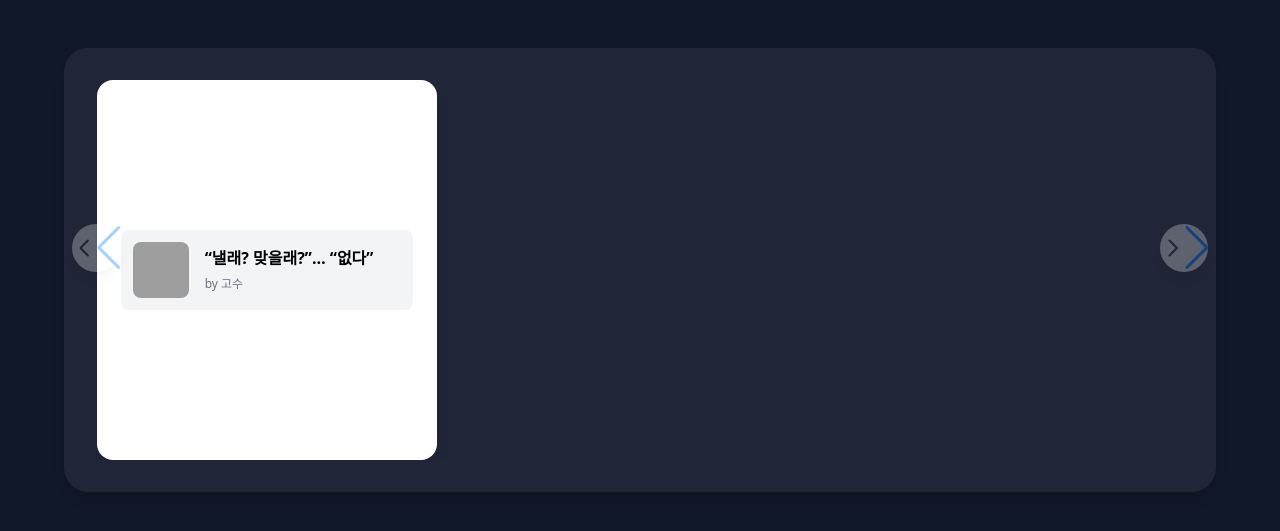
Repository: hyerim1234/travelblog
Page: html/slide2.html
An editor plug-in stored every save of this project. The page is shown before and after the next save, followed by the edit.
The browser window is 1280 px wide. The pictures show the whole page.
Pictures or frames that could not be fetched are drawn as grey boxes. Some web libraries are served in a nearby version.

Above is the page before, as saved 2025-06-05 13:21:06.

### html/slide2.html
<!DOCTYPE html>
<html lang="ko">
<head>
  <meta charset="UTF-8" />
  <meta name="viewport" content="width=device-width, initial-scale=1.0"/>
  <title>슬라이드 박스 그룹형 브런치 슬라이더</title>
  <script src="https://cdn.tailwindcss.com"></script>
  <link rel="stylesheet" href="https://unpkg.com/swiper/swiper-bundle.min.css" />
  <style>
    .swiper-container { overflow: hidden; }
    .swiper-pagination {
      display: flex !important;
      justify-content: center;
      margin-top: 1.5rem;
    }
    .swiper-pagination-bullet {
      width: auto;
      height: auto;
      opacity: 0.5;
      color: #999;
      margin: 0 0.25rem;
      font-size: 1rem;
      padding-bottom: 0.15rem;
      cursor: pointer;
    }
    .swiper-pagination-bullet-active {
      opacity: 1;
      color: #000;
      border-bottom: 2px solid #000;
    }
    .swiper-button-prev, .swiper-button-next {
      top: 50% !important;
      transform: translateY(-50%);
    }
  </style>
</head>
<body class="bg-gray-900">

  <section class="py-12 overflow-x-hidden">
    <div class="container mx-auto px-4">
      <div class="flex justify-center">
        <!-- 3개 슬라이드+네비를 감싸는 긴 배경 박스 -->
        <div class="relative w-full max-w-6xl bg-[#202537] rounded-3xl shadow-lg px-8 py-8 overflow-hidden">
          <div class="swiper-container">
            <div class="swiper-wrapper">
              <!-- ...슬라이드 반복(아래 예시) -->
              <div class="swiper-slide flex justify-center">
                <div class="bg-white rounded-2xl shadow-lg w-[340px] h-[380px] flex flex-col justify-center gap-4 p-6">
                  <!-- 카드 내용... -->
                  <div class="flex items-center gap-4 bg-gray-100 rounded-lg p-3">
                    <img src="https://picsum.photos/id/1069/60/60" class="rounded-lg w-14 h-14 object-cover" />
                    <div>
                      <p class="font-semibold">“낼래? 맞을래?”… “없다”</p>
                      <span class="text-xs text-gray-500">by 고수</span>
                    </div>
                  </div>
                  <!-- ...이하 동일하게 카드 채우기 -->
                </div>
              </div>
              <!-- 슬라이드 박스 2~6... 동일하게 복붙 -->
              <!-- ... -->
            </div>
            <!-- 네비/페이지네이션은 swiper-container 안쪽에 위치 -->
            <button class="swiper-button-prev absolute top-1/2 left-2 z-10 w-12 h-12 bg-white bg-opacity-80 hover:bg-opacity-100 rounded-full flex items-center justify-center shadow-lg" aria-label="Previous slide">
              <svg xmlns="http://www.w3.org/2000/svg" class="w-6 h-6 text-gray-800" fill="none" viewBox="0 0 24 24" stroke="currentColor">
                <path stroke-linecap="round" stroke-linejoin="round" stroke-width="2" d="M15 19l-7-7 7-7" />
              </svg>
            </button>
            <button class="swiper-button-next absolute top-1/2 right-2 z-10 w-12 h-12 bg-white bg-opacity-80 hover:bg-opacity-100 rounded-full flex items-center justify-center shadow-lg" aria-label="Next slide">
              <svg xmlns="http://www.w3.org/2000/svg" class="w-6 h-6 text-gray-800" fill="none" viewBox="0 0 24 24" stroke="currentColor">
                <path stroke-linecap="round" stroke-linejoin="round" stroke-width="2" d="M9 5l7 7-7 7" />
              </svg>
            </button>
            <div class="swiper-pagination"></div>
          </div>
        </div>
      </div>
    </div>
  </section>

  <script src="https://unpkg.com/swiper/swiper-bundle.min.js"></script>
  <script>
    const swiper = new Swiper('.swiper-container', {
      slidesPerView: 3,
      slidesPerGroup: 3,
      spaceBetween: 32,
      centeredSlides: false,
      navigation: {
        nextEl: '.swiper-button-next',
        prevEl: '.swiper-button-prev',
      },
      pagination: {
        el: '.swiper-pagination',
        clickable: true,
        renderBullet: (idx, className) => {
          const num = idx+1 < 10 ? '0'+(idx+1) : (idx+1);
          return `<span class="${className}">${num}</span>`;
        },
      },
      breakpoints: {
        1280: { slidesPerView: 3, slidesPerGroup: 3, spaceBetween: 32 },
        1024: { slidesPerView: 2, slidesPerGroup: 2, spaceBetween: 24 },
        640:  { slidesPerView: 1, slidesPerGroup: 1, spaceBetween: 16 },
      },
    });
  </script>
</body>
</html>

After the next save:
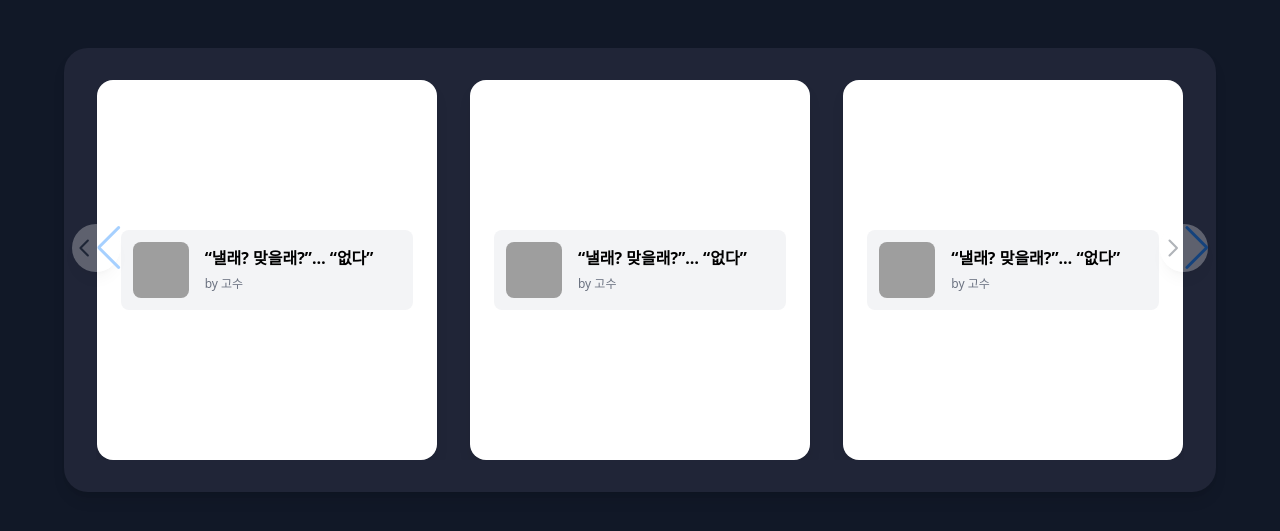
Saved 18 s later.
--- a/html/slide2.html
+++ b/html/slide2.html
@@ -58,6 +58,32 @@
                 </div>
               </div>
               <!-- 슬라이드 박스 2~6... 동일하게 복붙 -->
+               <div class="swiper-slide flex justify-center">
+                <div class="bg-white rounded-2xl shadow-lg w-[340px] h-[380px] flex flex-col justify-center gap-4 p-6">
+                  <!-- 카드 내용... -->
+                  <div class="flex items-center gap-4 bg-gray-100 rounded-lg p-3">
+                    <img src="https://picsum.photos/id/1069/60/60" class="rounded-lg w-14 h-14 object-cover" />
+                    <div>
+                      <p class="font-semibold">“낼래? 맞을래?”… “없다”</p>
+                      <span class="text-xs text-gray-500">by 고수</span>
+                    </div>
+                  </div>
+                  <!-- ...이하 동일하게 카드 채우기 -->
+                </div>
+              </div>
+              <div class="swiper-slide flex justify-center">
+                <div class="bg-white rounded-2xl shadow-lg w-[340px] h-[380px] flex flex-col justify-center gap-4 p-6">
+                  <!-- 카드 내용... -->
+                  <div class="flex items-center gap-4 bg-gray-100 rounded-lg p-3">
+                    <img src="https://picsum.photos/id/1069/60/60" class="rounded-lg w-14 h-14 object-cover" />
+                    <div>
+                      <p class="font-semibold">“낼래? 맞을래?”… “없다”</p>
+                      <span class="text-xs text-gray-500">by 고수</span>
+                    </div>
+                  </div>
+                  <!-- ...이하 동일하게 카드 채우기 -->
+                </div>
+              </div>
               <!-- ... -->
             </div>
             <!-- 네비/페이지네이션은 swiper-container 안쪽에 위치 -->
